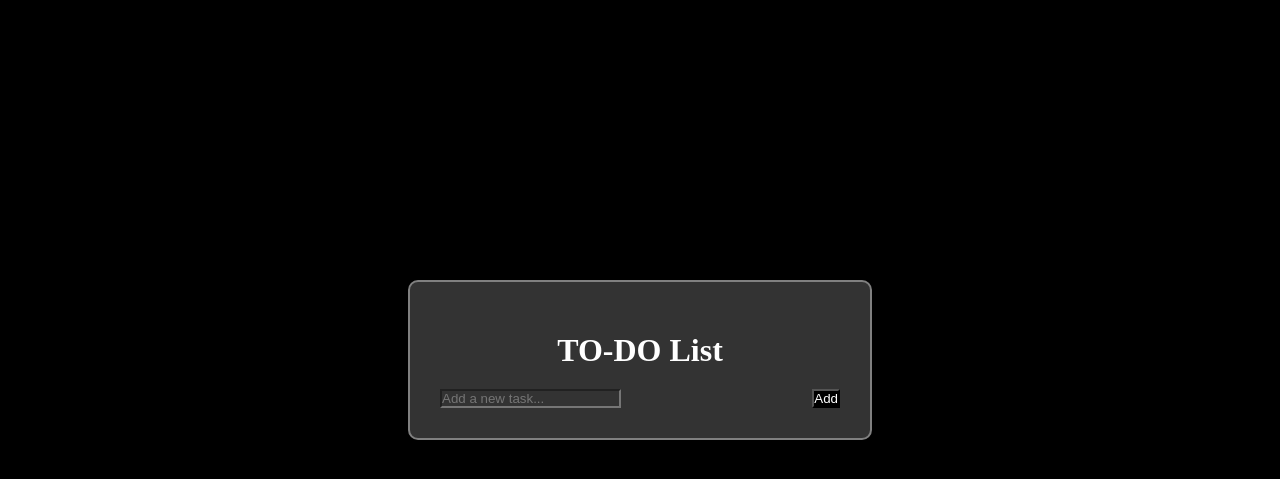
Repository: ksusmitha879-cyber/todo-list
Page: index.html
These files come from the project's save history. The page is drawn as it stood at one moment and after the next save; the edit follows.
The browser window is 1280 px wide. The pictures show the whole page.

Above is the page before, as saved 2025-11-28 02:29:08.

After the next save:
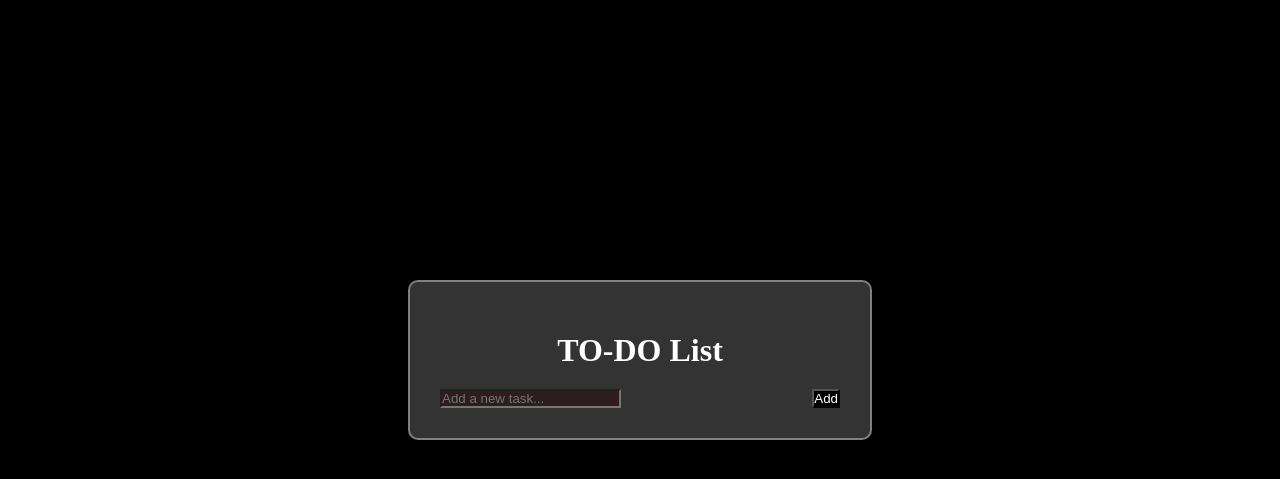
Saved 19 s later.
--- a/style.css
+++ b/style.css
@@ -32,5 +32,5 @@
     justify-content: space-between;
 }
 input{
-    background-color: rgb(51, 51, 51);
+    background-color: rgb(45, 29, 29);
 }
